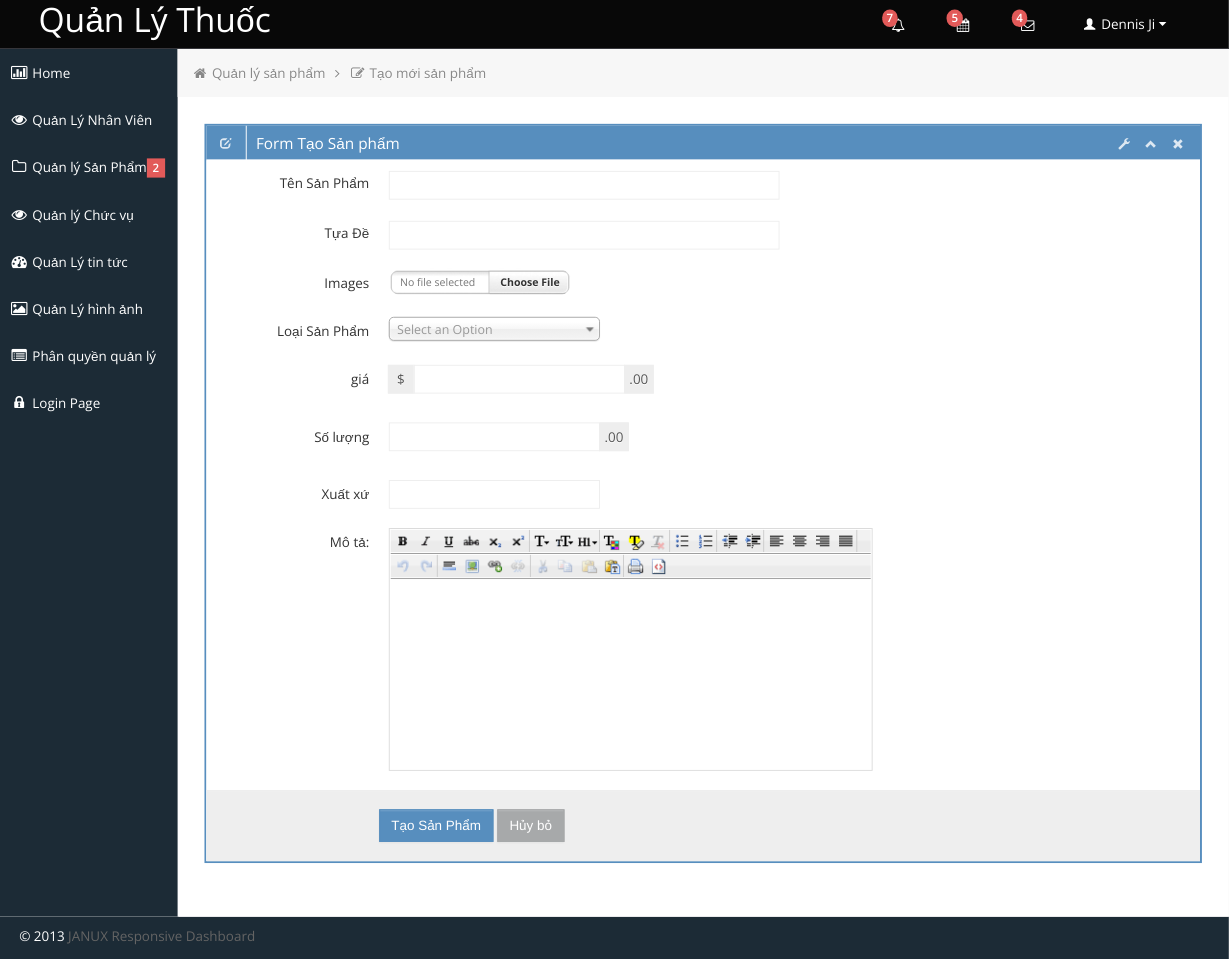
Repository: quangqt/QuanLyThuoc
Page: http://localhost/QuanLyThuoc/createProduct
These files come from the project's save history. The page is drawn as it stood at one moment and after the next save; the edit follows.
The browser window is 1280 px wide. The pictures show the whole page, at 96% of full size.
The page is served by Tomcat 9. Queries for data that is not in the repository find no rows.

Above is the page before, as saved 2018-05-03 04:10:44.

After the next save:
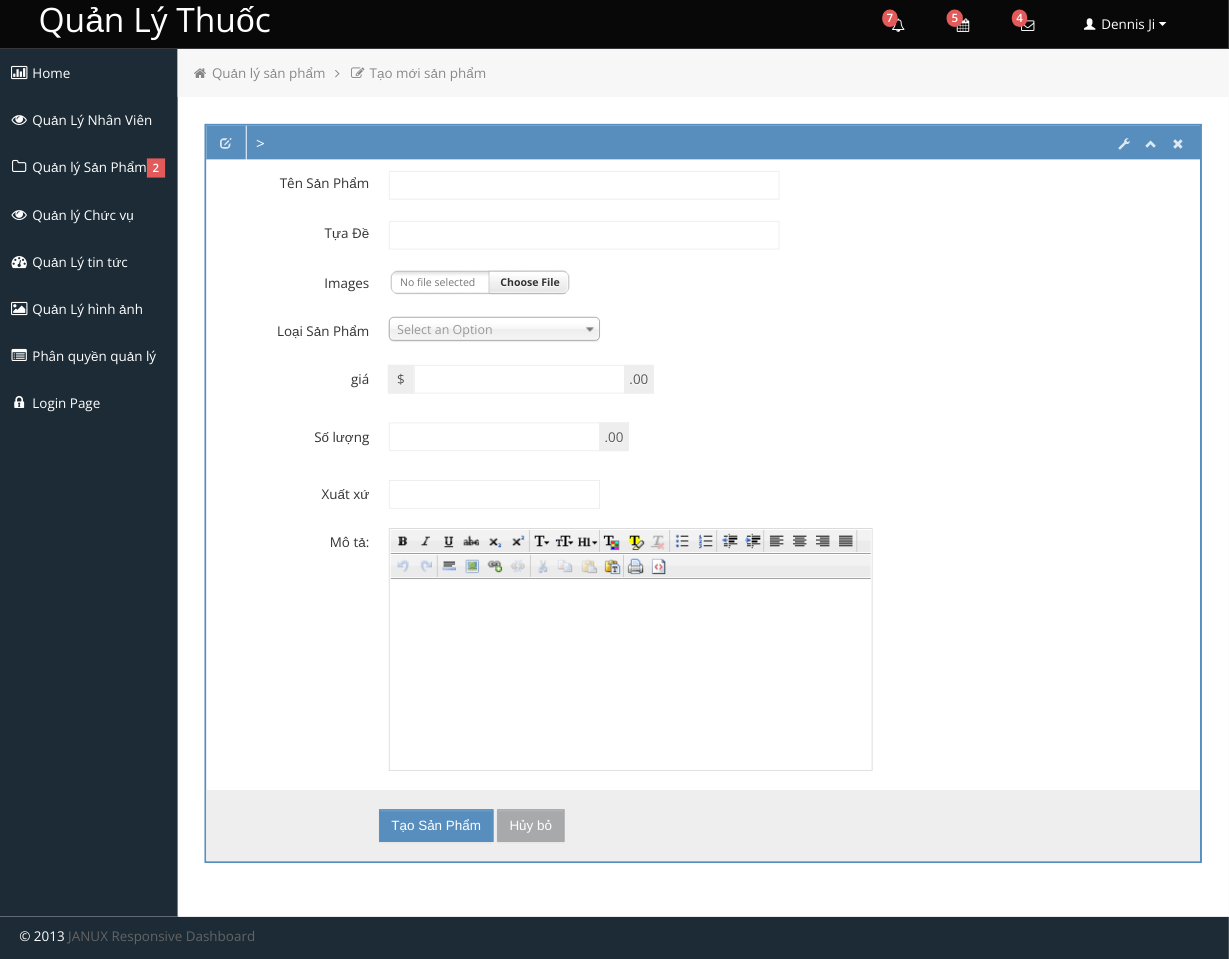
Saved 13 s later.
--- a/web-duoc/QuanLyThuoc/WebContent/WEB-INF/admin/createProduct.jsp
+++ b/web-duoc/QuanLyThuoc/WebContent/WEB-INF/admin/createProduct.jsp
@@ -36,8 +36,7 @@ function format_curency(a) {
 					<div class="box span12">
 						<div class="box-header" data-original-title>
 							<h2>
-								<i class="halflings-icon white edit"></i><span class="break"></span>Form
-								Tạo Sản phẩm
+								<i class="halflings-icon white edit"></i><span class="break"></span>${error }>
 							</h2>
 							<div class="box-icon">
 								<a href="#" class="btn-setting"><i
